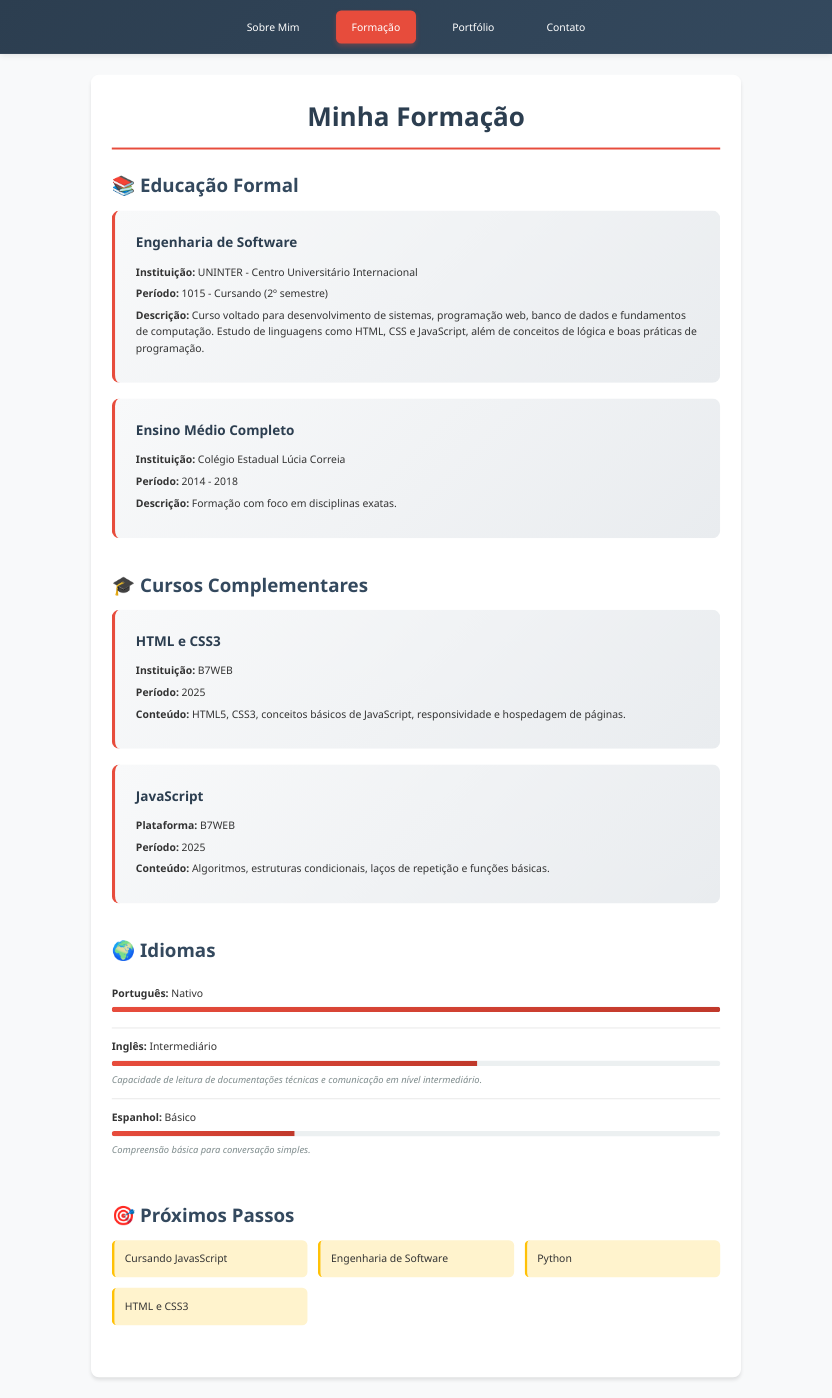
Repository: AnderHonorato/meu-portfolio
Page: formacao.html
The author's editor kept a copy of each file at every save. The page is drawn from the files as they stood at one save, then again after the next save.
The browser window is 1280 px wide. The pictures show the whole page, at 65% of full size.

Above is the page before, as saved 2025-08-26 20:14:37.

After the next save:
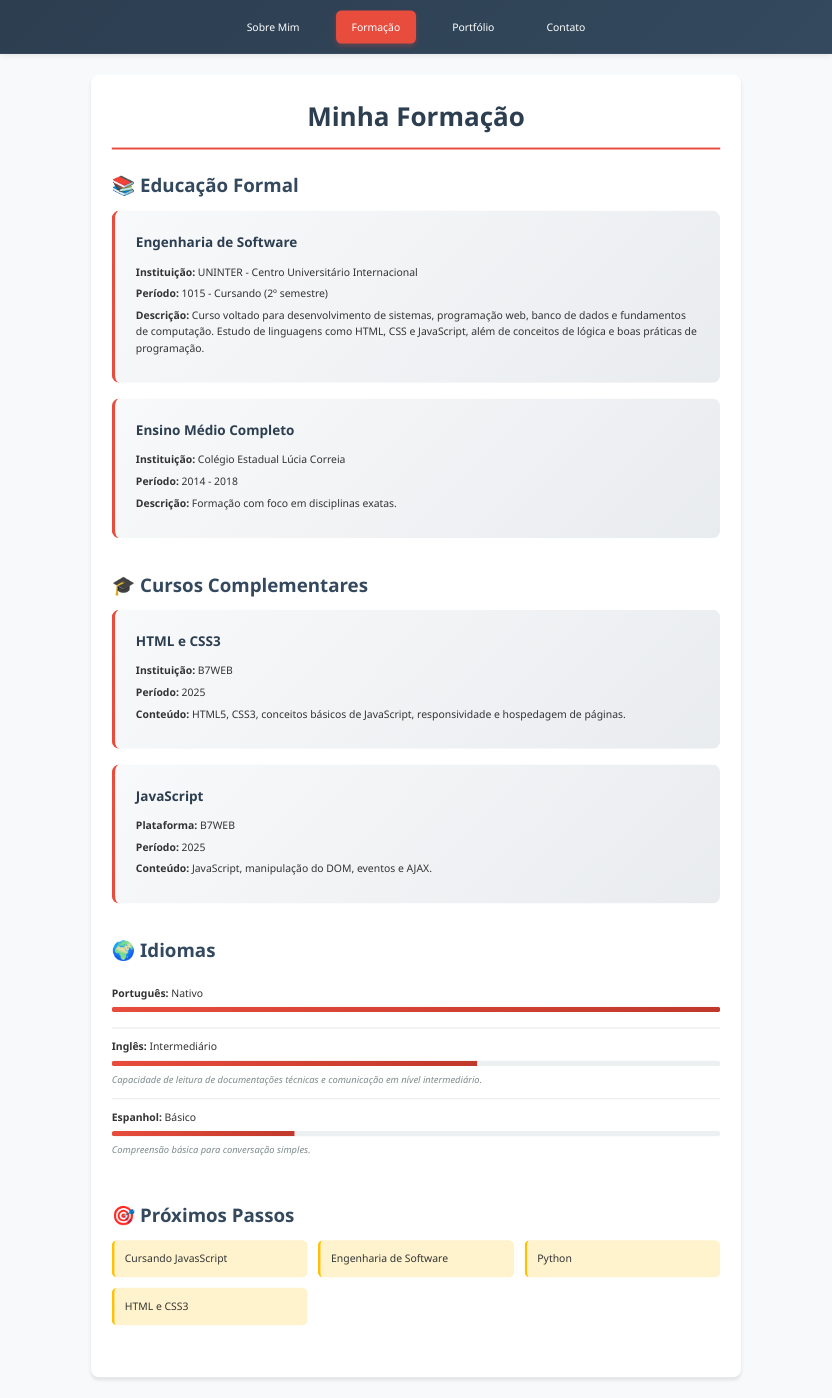
Saved 13 s later.
--- a/formacao.html
+++ b/formacao.html
@@ -55,7 +55,7 @@
                 <h3>JavaScript</h3>
                 <p><strong>Plataforma:</strong> B7WEB</p>
                 <p><strong>Período:</strong> 2025</p>
-                <p><strong>Conteúdo:</strong> Algoritmos, estruturas condicionais, laços de repetição e funções básicas.</p>
+                <p><strong>Conteúdo:</strong> JavaScript, manipulação do DOM, eventos e AJAX.</p>
             </div>
         </div>
 
